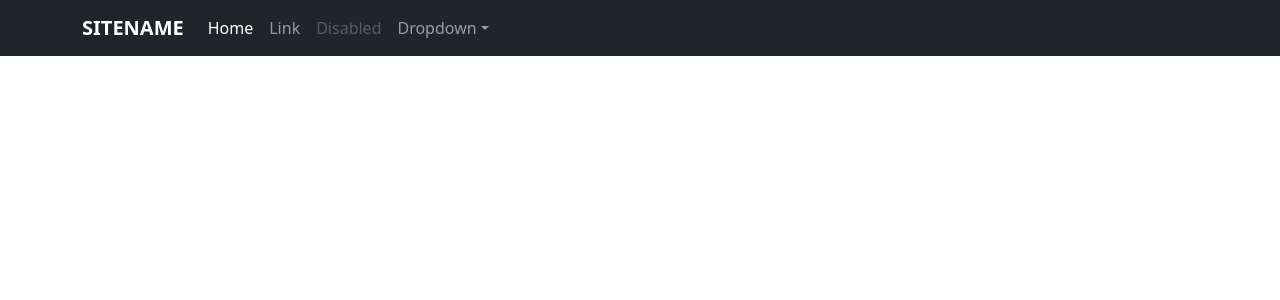
Repository: AcoGlezRojo/AcoGlezRojo.github.io
Page: docs/index.html
These files come from the project's save history. The page is drawn as it stood at one moment and after the next save; the edit follows.
The browser window is 1280 px wide. The pictures show the whole page.

Above is the page before, as saved 2023-06-28 21:23:33.

After the next save:
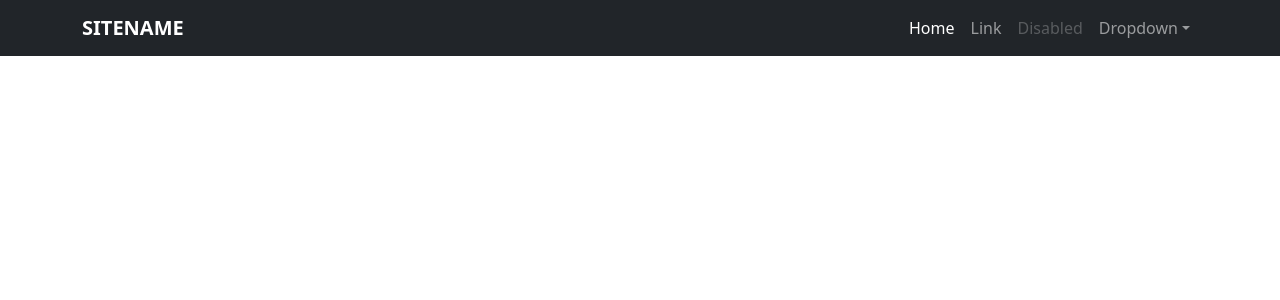
Saved 11 s later.
--- a/docs/index.html
+++ b/docs/index.html
@@ -25,7 +25,7 @@
             </button>
 
             <div class="collapse navbar-collapse" id="navbarsExample05">
-                <ul class="navbar-nav me-auto mb-2 mb-lg-0">
+                <ul class="navbar-nav ms-auto mb-2 mb-lg-0">
                     <li class="nav-item">
                         <a class="nav-link active" aria-current="page" href="#">Home</a>
                     </li>
